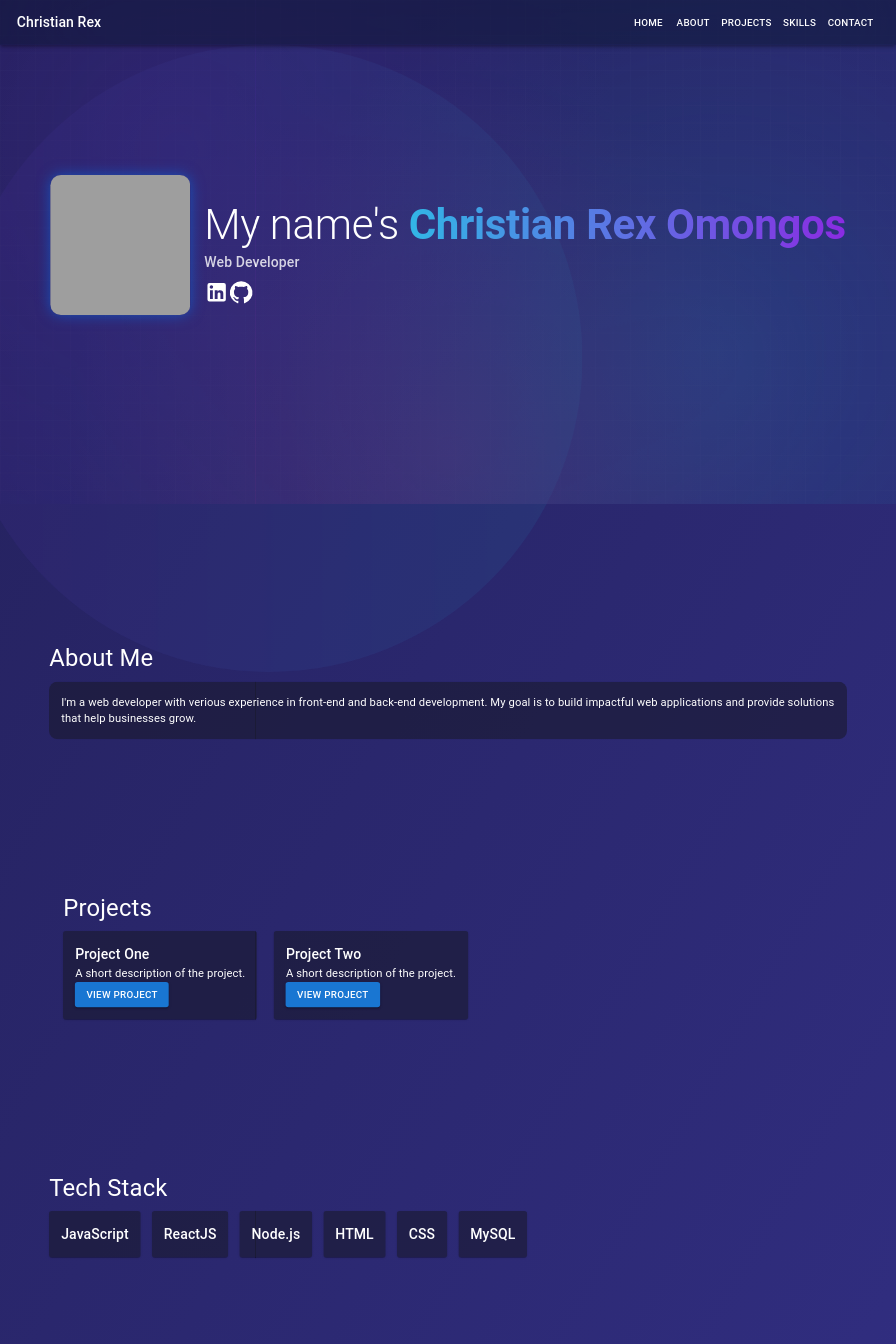
Repository: mikeshadowcoder/myWeb
Page: /
The author's editor kept a copy of each file at every save. The page is drawn from the files as they stood at one save, then again after the next save.
The browser window is 1280 px wide. The pictures show the part of the page from y = 0 to 1920 px (the page is 2643 px tall), at 70% of full size.
Pictures or frames that could not be fetched are drawn as grey boxes. The project was rebuilt for these pictures with package versions that can differ from the ones it lists, and the page was loaded fresh each time.

Above is the page before, as saved 2026-01-21 16:37:17.

### src/index.js
import React from 'react';
import ReactDOM from 'react-dom/client';
import './index.css';
import App from './App';
import 'bootstrap/dist/css/bootstrap.min.css';
import "./styles/global.css";

const root = ReactDOM.createRoot(document.getElementById('root'));
root.render(
  <React.StrictMode>
    <App />
  </React.StrictMode>
);

### src/App.js
import React, {useRef} from 'react';
//import { BrowserRouter as Router, Route, Routes } from 'react-router-dom';
import Header from './components/Header';
import Home from './components/Home';
import AboutMe from './components/AboutMe';
import Content from './components/Content';
import Skills from './components/Skills';
import Contact from './components/Contact';
import Footer from './components/Footer';
import Box from '@mui/material/Box';
import BackgroundShapes from './components/BackgroundShapes'


const App = () => {
  const homeRef = useRef(null);
  const aboutRef = useRef(null);
  const contentRef = useRef(null);
  const skillsRef = useRef(null);
  const contactRef = useRef(null);

  // Function to handle smooth scrolling
  const scrollToSection = (ref) => {
    const headerOffset = 200; // Adjust based on your AppBar height (default MUI AppBar is ~64px)
    const elementPosition = ref.current.getBoundingClientRect().top + window.scrollY;
    const offsetPosition = elementPosition - headerOffset;

    window.scrollTo({
      top: offsetPosition,
      behavior: "smooth",
    });
  };


  return (
    <div>
      {/* Pass the scroll function to Header for navigation */}
      <BackgroundShapes/>
      <Header
        onScrollToSection={{
          home: () => scrollToSection(homeRef),
          about: () => scrollToSection(aboutRef),
          content: () => scrollToSection(contentRef),
          skills: () => scrollToSection(skillsRef),
          contact: () => scrollToSection(contactRef),
        }}
      />
      <Box sx={{
        maxWidth: "89%",
        margin: "auto",
        // border: "2px solid red"
      }}>
       {/* Sections with attached refs */}
      <section ref={homeRef}>
        <Home />
      </section>

       <section ref={aboutRef}>
        <AboutMe />
      </section>

      <section ref={contentRef}>
        <Content />
      </section>

      <section ref={skillsRef}>
        <Skills />
      </section>

      <section ref={contactRef}>
        <Contact />
      </section>
      </Box>
      <section>
        <Footer/>
      </section>
    </div>
  );
};

export default App;

### src/styles/global.css
body {
    min-height: 100vh;
  background:
    linear-gradient(120deg, #020617, #1e1b4b, #312e81, #0f172a);
  background-size: 400% 400%;
  animation: gradientShift 30s ease infinite;
    color: white;
    margin: 0;
    padding: 0;
    font-family: 'Arial', sans-serif;
  }

  @keyframes gradientShift {
  0%   { background-position: 0% 50%; }
  50%  { background-position: 100% 50%; }
  100% { background-position: 0% 50%; }
}

@media (prefers-reduced-motion: reduce) {
  body {
    animation: none;
  }
}

.gradient-text {
  background: linear-gradient(90deg, rgb(50, 182, 230), rgb(138, 43, 226)); /* Customize here */
  -webkit-background-clip: text;
  background-clip: text;
  -webkit-text-fill-color: transparent;
  color: transparent;
}

### src/components/Header.js
import React from 'react';
import { AppBar, Toolbar, Typography, Button } from '@mui/material';
import "../styles/header.css";
//import { Link } from 'react-router-dom';

const Header = ({onScrollToSection}) => {
  return (
    <AppBar className="header">
      <Toolbar>
        <Typography variant="h6" sx={{flexGrow:1}}>
          Christian Rex
        </Typography>
        <Button color="inherit" onClick={onScrollToSection.home}>Home</Button>
        <Button color="inherit" onClick={onScrollToSection.about}>About</Button>
        <Button color="inherit" onClick={onScrollToSection.content}>Projects</Button>
        <Button color="inherit" onClick={onScrollToSection.skills}>Skills</Button>
        <Button color="inherit" onClick={onScrollToSection.contact}>Contact</Button>
      </Toolbar>
    </AppBar>
  )
};

export default Header;

### src/components/Home.js
import React from "react";
import { Box, Typography, Button } from "@mui/material";
import LinkedInIcon from "@mui/icons-material/LinkedIn";
import GitHubIcon from "@mui/icons-material/GitHub";
// import FacebookIcon from "@mui/icons-material/Facebook";
import profilePic from "../assets/images/profilePic.jpg";

const Home = () => {
  return (
    <Box
      sx={{
        display: "flex",
        alignItems: "center",
        justifyContent: "center",
        minHeight: "100vh",
        color: "white",
        width: "100%",
        textAlign: "center",
      }}
    >
      <Box
        sx={{
          display: "flex",
          alignItems: "center",
          gap: "20px", // Space between image and text
          flexWrap: "wrap", // Ensures responsiveness
        }}
      >
      {/* Profile Image */}
      <Box
        component="img"
        src={profilePic} //Profile Picture
        alt="Profile"
        sx={{
          width: "200px",
          height: "200px",
          borderRadius: "15px",
          boxShadow: "0 0 20px rgba(0, 123, 255, 0.5)",
          marginBottom: "20px",
          objectFit: "cover"
        }}
      />

      {/* Text Section */}
      <Box sx={{ textAlign: "left"}}>
        <Typography variant="h2">
          My name's {" "}
          <Typography variant="h2" component="span" className="gradient-text" sx={{ fontWeight: "bold" }}>Christian Rex Omongos</Typography>
        </Typography>

        <Typography variant="h6" sx={{ marginBottom: "10px", opacity: 0.8 }}>
          Web Developer
        </Typography>

        {/* Social Media Icons */}
        <Box sx={{ display: "flex",}}>
          <Button href="https://linkedin.com/in/christianrex/" target="_blank" sx={{ color: "white", minWidth: 0, padding: 0 }}>
            <LinkedInIcon fontSize="large" />
          </Button>
          <Button href="https://github.com/mikeshadowcoder" target="_blank" sx={{ color: "white", minWidth: 0, padding: 0 }}>
            <GitHubIcon fontSize="large" />
          </Button>
        </Box>
      </Box>
    </Box>
  </Box>
  );
};

export default Home;

### src/components/AboutMe.js
import React from 'react';
import { Typography, Box } from '@mui/material';
import "../styles/boxStyling.css"

const AboutMe = () => {

  return (
    <Box sx={{ mt: 25, mb: 25, width: "100%" }}>
        <Typography variant="h4" gutterBottom>About Me</Typography>
      <Box className="box-container">
          <Typography>
            I'm a web developer with verious experience in front-end and back-end development.
            My goal is to build impactful web applications and provide solutions that
            help businesses grow.
          </Typography>
      </Box>
    </Box>
  );
};

export default AboutMe;

### src/components/Content.js
import React from 'react';
import { Grid2, Paper, Typography, Button, Box } from '@mui/material';
// import MacWindowHeader from './UI/MacWindowHeader';
import "../styles/boxStyling.css";

const Content = () => {
  const projects = [
    {
      title: 'Project One',
      description: 'A short description of the project.',
      link: 'https://github.com/your-repo/project-one',
    },
    {
      title: 'Project Two',
      description: 'A short description of the project.',
      link: 'https://github.com/your-repo/project-two',
    },
    // Add more projects here
  ];

  return (
  <Box>
    {/* <MacWindowHeader/> */}
    <Box sx={{ padding: "20px"}}>

        <Typography variant="h4" gutterBottom>Projects</Typography>
        <Grid2 container spacing={3}>
          {projects.map((project, index) => (
            <Grid2 item xs={12} sm={6} key={index}>
              <Paper className='box-container' sx={{ padding: 2, bgcolor: 'rgba(26, 26, 46, 0.6)', color: 'rgba(255, 255, 255, 1)'}}>
                <Typography variant="h6">{project.title}</Typography>
                <Typography>{project.description}</Typography>
                <Button variant="contained" href={project.link} target="_blank">
                  View Project
                </Button>
              </Paper>
            </Grid2>
          ))}
        </Grid2>

    </Box>
  </Box>
  );
};

export default Content;

### src/components/Skills.js
import React from 'react';
import { Grid2, Paper, Typography, Box } from '@mui/material';
import "../styles/boxStyling.css"

const Skills = () => {
  const skills = ['JavaScript', 'ReactJS', 'Node.js', 'HTML', 'CSS', 'MySQL'];

  return (
    <Box sx={{ mt: 25, width: "100%", }}>
      <Typography variant="h4" gutterBottom >Tech Stack</Typography>
      <Box> {/* REDUNDANT might remove later*/}
      <Grid2 container spacing={2} >
        {skills.map((skill, index) => (
          <Grid2 item xs={12} sm={6} md={4} key={index}>
            <Paper className="box-container" sx={{ padding: 2, textAlign: 'center', bgcolor: 'rgba(26, 26, 46, 0.6)', color: 'rgba(255, 255, 255, 1)' }}>
              <Typography variant="h6">{skill}</Typography>
            </Paper>
          </Grid2>
        ))}
      </Grid2>
      </Box>

    </Box>
  );
};

export default Skills;

### src/components/Contact.js
import React, { useState } from 'react';
import { Typography, TextField, Button, Box, Alert } from '@mui/material';
import "../styles/boxStyling.css"

const Contact = () => {
  const [success, setSuccess] = useState(false);
  const [error, setError] = useState(false);

  const handleSubmit = async (event) => {
    event.preventDefault();
    setError(false);
    setSuccess(false);

    const formData = new FormData(event.target);

    try {
      const response = await fetch("https://formsubmit.co/bufferingupbruh1994@gmail.com", {
        method: "POST",
        body: formData,
      });

      if (response.ok) {
        setSuccess(true);
        event.target.reset(); // Reset the form after success
        setTimeout(() => setSuccess(false), 5000);
      } else {
        setError(true);
        setTimeout(() => setError(false), 5000);

      }
    } catch (err) {
      setError(true);
      setTimeout(() => setError(false), 5000);
    }
  }


  return (
    <Box
    sx={{
      p: 4,
      mt: 25,
      mb: 10
    }}
    >
      <Typography variant="h4" gutterBottom>Contact Me</Typography>
      <Box className="box-container" >
        {/* Success Message */}
        {success && <Alert severity="success">Message sent</Alert>}
        {error && <Alert severity="error">Failed to send message. Please try again.</Alert>}
        <form onSubmit={handleSubmit}>

          <input type="hidden" name="_captcha" value="false" />

          {/*Subject*/}
          <TextField
          label="Subject"
          name="Subject"
          fullWidth
          margin="normal"
          required
          slotProps={{inputLabel: { style: { color: "white" } } }} // Make label white
          sx={{
            input: { color: "white" },
            "& .MuiOutlinedInput-root": {
              "& fieldset": { borderColor: "white" }, // Border color
              "&:hover fieldset": { borderColor: "#ccc" }, // Hover effect
              },
            }}
          />

          {/*Email*/}
          <TextField label="Your Email"
          name="Email"
          type="email"
          fullWidth
          margin="normal"
          required
          slotProps={{inputLabel: { style: { color: "white" } } }} // Make label white
          sx={{
            input: { color: "white" },
            "& .MuiOutlinedInput-root": {
              "& fieldset": { borderColor: "white" }, // Border color
              "&:hover fieldset": { borderColor: "#ccc" }, // Hover effect
              },
            }}
          />

          {/*Message*/}
          <TextField label="Your Message"
          name="Message"
          fullWidth
          multiline
          rows={4}
          margin="normal"
          slotProps={{inputLabel: { style: { color: "white" } } }} // Make label white
          sx={{
            "& textarea": {color: "white"},
            "& .MuiOutlinedInput-root": {
              "& fieldset": { borderColor: "white" }, // Border color
              "&:hover fieldset": { borderColor: "#ccc" }, // Hover effect
              },
            }}
          />
          <Button type="submit" variant="contained" sx={{ mt: 2 }}>Send Message</Button>
        </form>
        </Box>
    </Box>
  );
};

export default Contact;

### src/components/Footer.js
import React from 'react';
import { Box, Typography } from "@mui/material";


const Footer = () => {
    return (
        <Box
            sx={{
                width: "100%",
                color: "white",
                textAlign: "center",
                mt: 4,
                mb: 2,
                borderTop: "1px solid rgba(255, 255, 255, 0.08)",
                pt: 2,
            }}
        >
            <Typography variant="body2" sx={{ color: " rgba(255, 255, 255, 0.5) "}}>
                © {new Date().getFullYear()} Christain Rex Omongos. All Rights Reserved.
            </Typography>
        </Box>
    )
}

export default Footer;

### src/components/BackgroundShapes.js
import React from "react";
import "../styles/background.css"; // Import styles

const BackgroundShapes = () => {
  return (
    <>
    <div className="grid-container">
      <svg class="bg" viewBox="0 0 100 100" preserveAspectRatio="xMidYMid slice">
        <defs>
          <linearGradient id="g1">
            <stop offset="0%" stop-color="#7c3aed"/>
            <stop offset="100%" stop-color="#22d3ee"/>
          </linearGradient>
        </defs>
        <circle cx="30" cy="40" r="35" fill="url(#g1)" opacity="0.25" />
      </svg>
      <div className="gradient-blobs" />
    </div>
    </>
  );
};

export default BackgroundShapes;

### src/styles/header.css
.header {
  position: sticky;
  scroll-behavior: smooth;
  background-color: rgba(5, 19, 35, .4) !important;
  backdrop-filter: blur(80px);
  color: #ffffff !important;
  /* z-index: 1200 !important; */
  overflow: hidden;
}

### src/styles/boxStyling.css
.box-container {
    width: 100%;
    /* height: 400px; */
    padding: 16px;
    border-radius: 12px;
    border: 1px solid transparent;
    /* background: linear-gradient(to bottom right, rgba(26, 26, 46, 0.6), rgba(22, 33, 62, 0.6)); */
    background: rgba( 26, 26, 46, 0.6);
    transition: border 0.3s ease-in-out, box-shadow 0.3s ease-in-out;
  }

  .box-container:hover {
    border: 1px solid #3b82f6;
    box-shadow: 0px 0px 10px rgba(59, 130, 246, 0.5);
  }

  /* .test {
    color: rgb(99, 102, 241);
    background-image: linear-gradient(45deg, rgb(99, 102, 241) 10%, rgb(168, 85, 247) 93%);
    background-clip: text;
    -webkit-text-fill-color: transparent;
    font-weight: 800 !important;
  } */

### src/styles/background.css
/* Background Shapes and Grid Overlay */
.shapes-container {
    position: fixed;
    top: 0;
    left: 0;
    width: 100%;
    height: 100%;
    overflow: hidden;
    filter: blur(60px); /* Blur Effect */
    z-index: -2; /* Keep shapes behind content */
    pointer-events: none;
  }

  .grid-container{
    position: fixed;
    top: 0;
    left: 0;
    width: 100%;
    height: 100%;
    background-image:
      linear-gradient(rgba(255, 255, 255, 0.04) 1px, transparent 1px),
      linear-gradient(90deg, rgba(255, 255, 255, 0.04) 1px, transparent 1px);
    background-size: 25px 25px; /* Grid spacing */
    opacity: 0.3;
    z-index: -1;
    pointer-events: none;
  }


  .gradient-blobs {
  position: fixed;
  inset: 0;
  z-index: -1;
  pointer-events: none;

  background:
    radial-gradient(circle at 20% 30%, #7c3aed66, transparent 55%),
    radial-gradient(circle at 80% 70%, #22d3ee66, transparent 55%),
    radial-gradient(circle at 50% 90%, #ec489966, transparent 60%);

  animation: blobDrift 45s ease-in-out infinite;
  will-change: background-position;
}

@keyframes blobDrift {
  0%   { background-position: 0% 0%, 100% 100%, 50% 100%; }
  50%  { background-position: 20% 30%, 80% 60%, 50% 80%; }
  100% { background-position: 0% 0%, 100% 100%, 50% 100%; }
}

  .bg {
  position: fixed;
  inset: 0;
  z-index: -1;
  animation: float 30s ease-in-out infinite;
  will-change: transform;
}

Loaded but not shown: public/index.html (common file); src/index.css (common file)

After the next save:
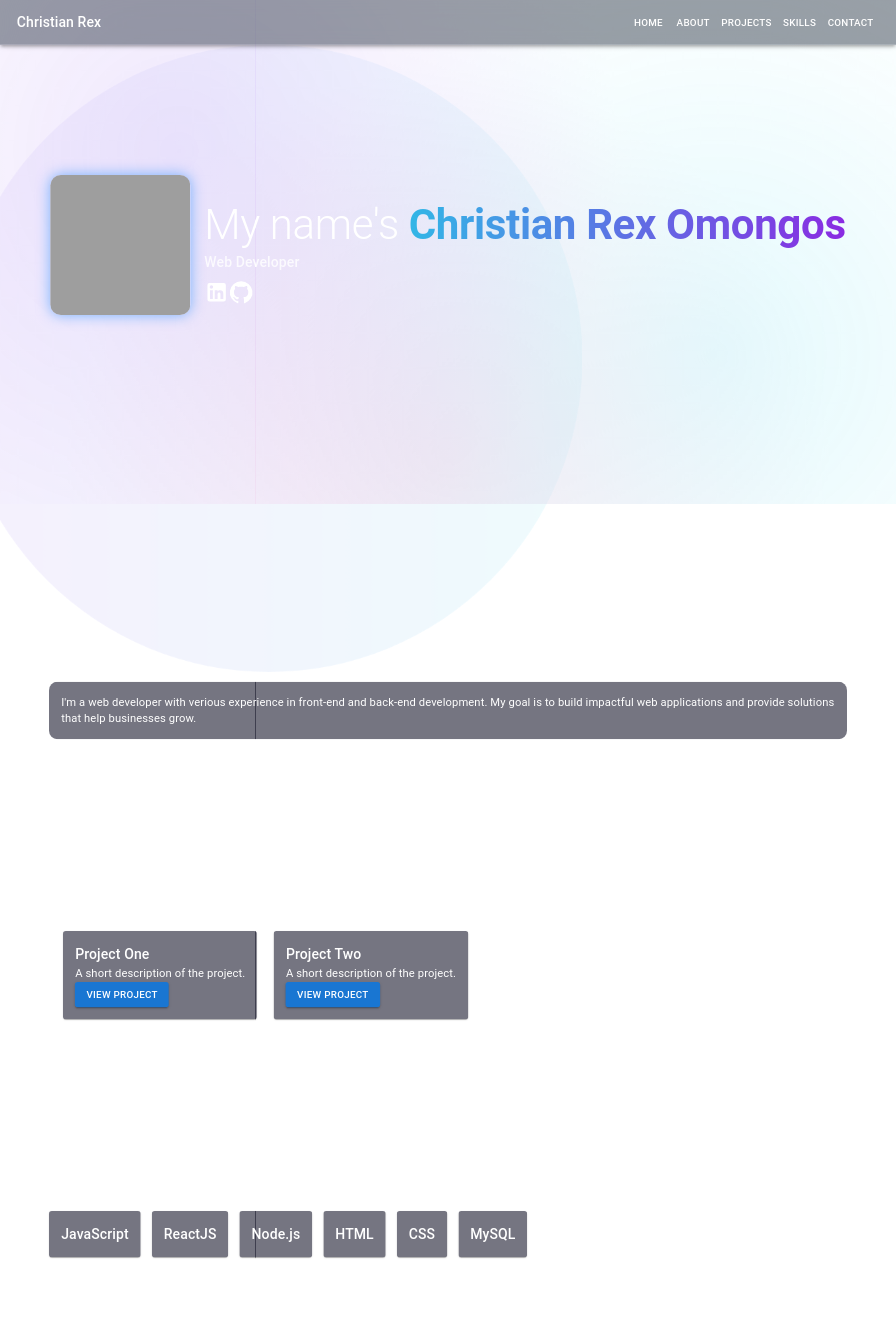
Saved 57 s later.
--- a/src/styles/global.css
+++ b/src/styles/global.css
@@ -1,20 +1,9 @@
 body {
-    min-height: 100vh;
-  background:
-    linear-gradient(120deg, #020617, #1e1b4b, #312e81, #0f172a);
-  background-size: 400% 400%;
-  animation: gradientShift 30s ease infinite;
     color: white;
     margin: 0;
     padding: 0;
     font-family: 'Arial', sans-serif;
   }
-
-  @keyframes gradientShift {
-  0%   { background-position: 0% 50%; }
-  50%  { background-position: 100% 50%; }
-  100% { background-position: 0% 50%; }
-}
 
 @media (prefers-reduced-motion: reduce) {
   body {
